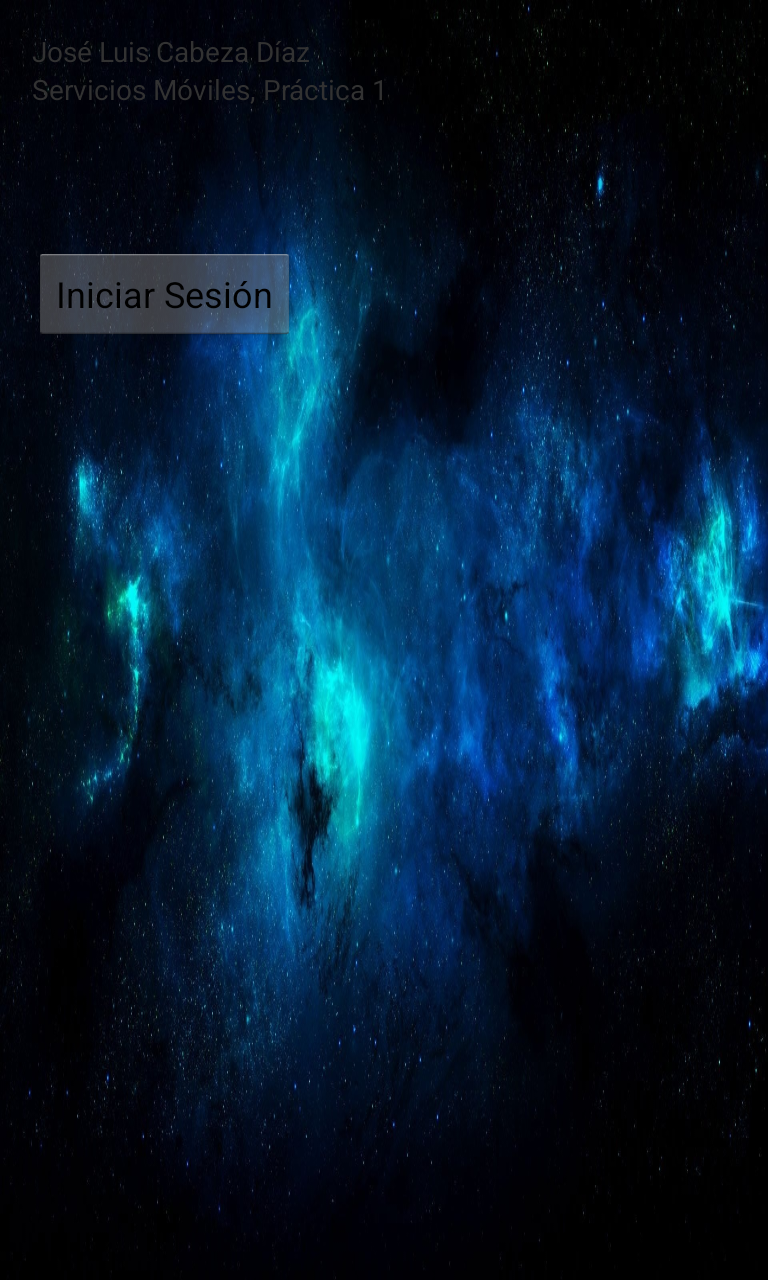
Repository: jlcd0004/sm_p11_practica1
Layout: Practica1/res/layout/activity_main.xml
The author's editor kept a copy of each file at every save. The layout is drawn from the files as they stood at one save, then again after the next save.
It is drawn on a 768 x 1280 px phone screen (xhdpi) without system bars, with theme AppTheme; the app's code is not run.

Above is the layout before, as saved 2015-10-02 16:06:43.

After the next save:
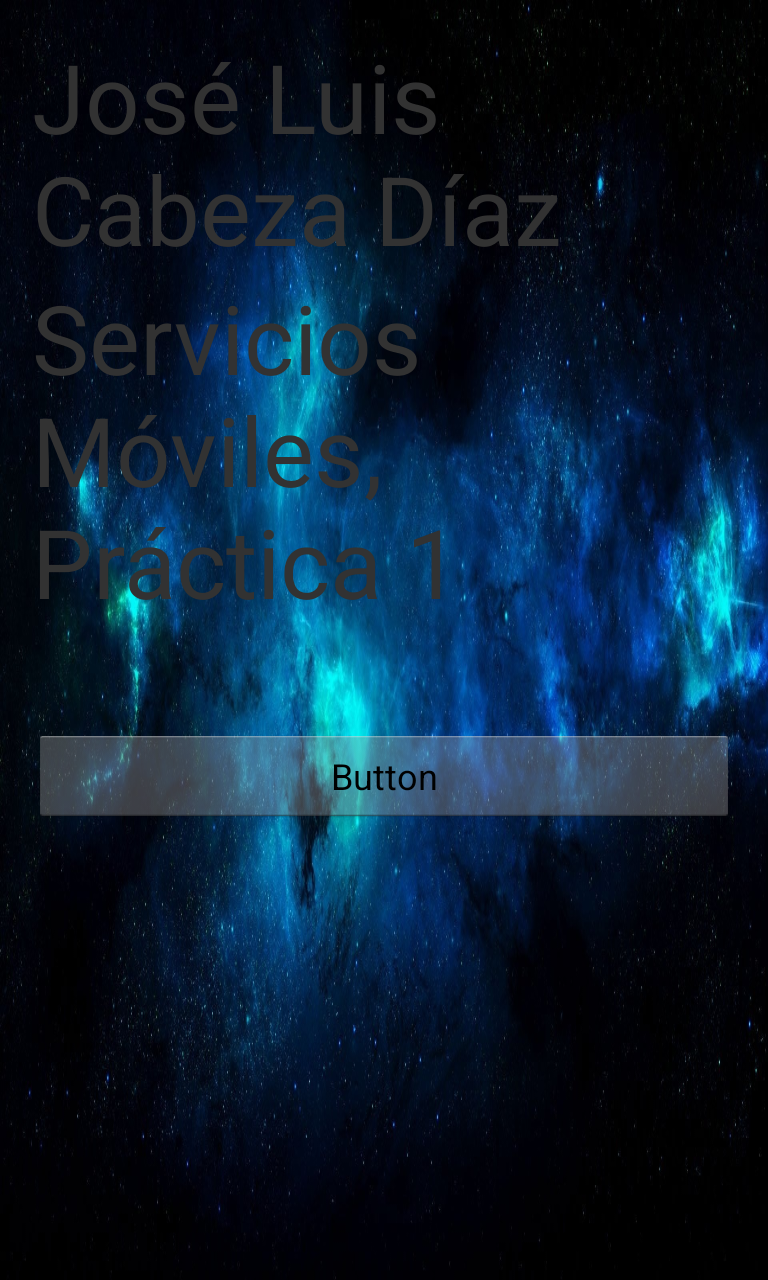
Saved 5 min 14 s later.
--- a/Practica1/res/layout/activity_main.xml
+++ b/Practica1/res/layout/activity_main.xml
@@ -13,23 +13,26 @@
         android:id="@+id/textView1"
         android:layout_width="wrap_content"
         android:layout_height="wrap_content"
-        android:text="@string/presentacion" />
+        android:text="@string/presentacion"
+        android:textSize="@android:dimen/app_icon_size" />
+
+    <TextView
+        android:id="@+id/textView2"
+        android:layout_width="wrap_content"
+        android:layout_height="wrap_content"
+        android:layout_alignParentRight="true"
+        android:layout_below="@+id/textView1"
+        android:text="@string/presentacion2"
+        android:textSize="@android:dimen/app_icon_size" />
 
     <Button
         android:id="@+id/button1"
         android:layout_width="wrap_content"
         android:layout_height="wrap_content"
-        android:layout_alignLeft="@+id/textView1"
-        android:layout_below="@+id/textView1"
-        android:layout_marginTop="88dp"
-        android:text="Iniciar Sesión" />
-
-    <TextView
-        android:id="@+id/textView2"
-        android:layout_width="wrap_content"
-        android:layout_height="wrap_content"
-        android:layout_alignLeft="@+id/textView1"
-        android:layout_below="@+id/textView1"
-        android:text="@string/presentacion2" />
+        android:layout_alignLeft="@+id/textView2"
+        android:layout_alignParentRight="true"
+        android:layout_below="@+id/textView2"
+        android:layout_marginTop="51dp"
+        android:text="Button" />
 
 </RelativeLayout>
